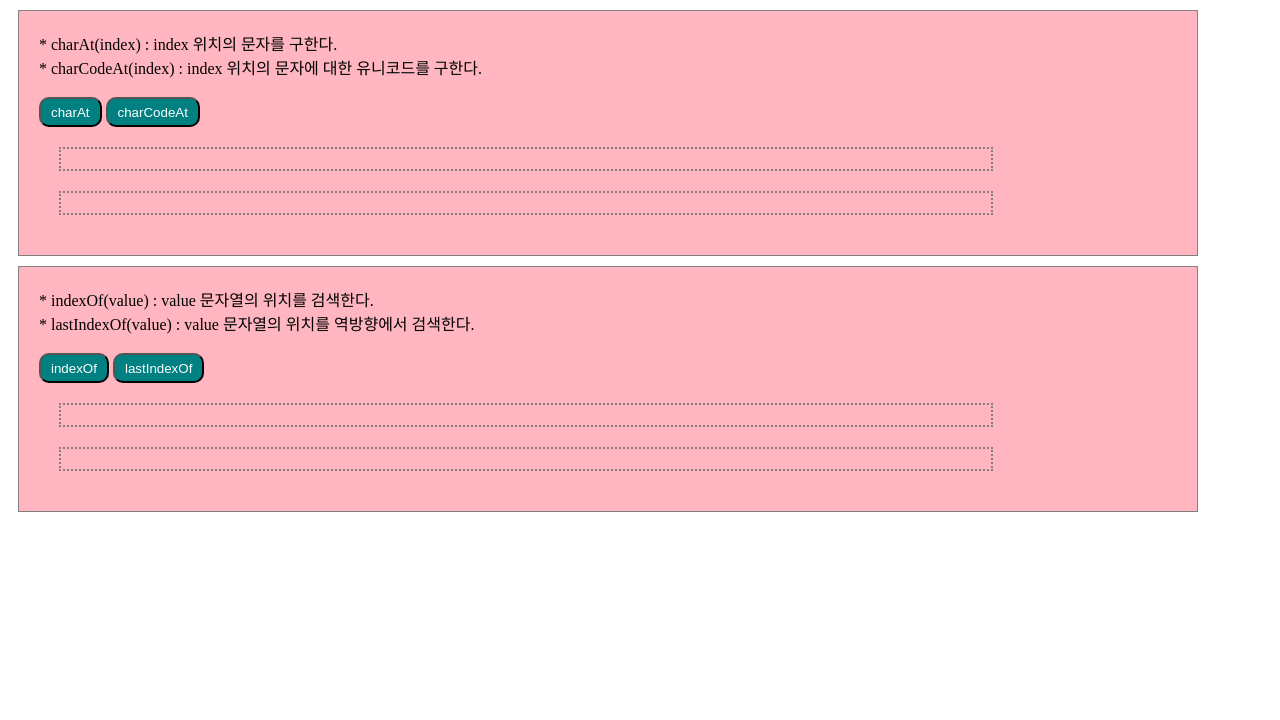
Repository: jeje0130/html
Page: webpro/WebContent/0119/String객체.html
The author's editor kept a copy of each file at every save. The page is drawn from the files as they stood at one save, then again after the next save.
The browser window is 1280 px wide. The pictures show the whole page.

Above is the page before, as saved 2021-01-19 03:29:58.

### webpro/WebContent/0119/String객체.html
<!DOCTYPE html>
<html>
<head>
<meta charset="UTF-8">
<title>Insert title here</title>
<link rel = "stylesheet" href = "../css/public.css">
<script>
str = "I love korea 대한 민국 만세 화이팅";

function proc1() {

	idx = prompt("인덱스를 입력하세요", "0~ " + (str.length-1));
	a = str.charAt(idx);

	result = document.getElementById("result1");
	result.innerHTML = "str.charAt(" + idx + ") = " + a;
}

function proc2() {

	idx = prompt("인덱스를 입력하세요", "0~ " + (str.length-1));
	a = str.charCodeAt(idx);

	result = document.getElementById("result2");
	result.innerHTML = "str.charAt(" + idx + ") = " + a;

}



function proc3() {


	while(true){
		ss = prompt("검색문자를 입력하세요");
		if(ss == "" || ss == null) break;

		idx = str.indexOf(ss);

		//문자열안에 있는지 없는지 비교
		if(idx < 0) continue;

		res = `str.indexOf(${ss}) = ${idx} <br>`;

		result = document.getElementById("result3");
		result.innerHTML += res;
	}
}


function proc4() {

	while(true){
		ss = prompt("검색문자를 입력하세요");
		if(ss == "" || ss == null) break;

		idx = str.lastIndexOf(ss);

		//문자열안에 있는지 없는지 비교
		if(idx < 0) continue;

		res = `str.lastIndexOf(${ss}) = ${idx} <br>`;

		result = document.getElementById("result4");
		result.innerHTML += res;
	}
}

</script>

<style>
</style>

</head>
<body>

<div class="box">
	* charAt(index) : index 위치의 문자를 구한다. <br>
	* charCodeAt(index) : index 위치의 문자에 대한 유니코드를 구한다.
 <br><br>

<input type="button" value="charAt" onclick="proc1()">
<input type="button" value="charCodeAt" onclick="proc2()">

<div id="result1"></div>
<div id="result2"></div>
</div>



<div class="box">
	* indexOf(value) : value 문자열의 위치를 검색한다. <br>
	* lastIndexOf(value) : value 문자열의 위치를 역방향에서 검색한다.
 <br><br>

<input type="button" value="indexOf" onclick="proc3()">
<input type="button" value="lastIndexOf" onclick="proc4()">

<div id="result3"></div>
<div id="result4"></div>
</div>
</body>
</html>

### webpro/WebContent/css/public.css
@charset "utf-8";

pre {
	background-color : #FFE3EE;
	font-size : 1.2em;
	white-space: pre-wrap; /* 우측 여백 고정, 넘치는 글자 줄바꿈 */

	/*
	pre : 공백은 그대로, 줄바꿈 X
	pre-wrap : 공백은 그대로, 줄바꿈 O
	pre-line : 공백을 여러개줘도 하나만 표시, 줄바꿈 O
	nowrap : 공백을 여러개줘도 하나만 표시, 줄바꿈 X
	 */
}

div.box{
	width : 90%;
	height: auto;
	margin: 10px;
	padding: 20px;
	border: 1px solid gray;
	background: #FFB6C1;
}

.box input[type = button]{
	width: auto;
	height: 30px;
	background: #008080;
	color : white;
	padding: 5px 10px;
	border-radius : 10px;
}

.box div{
	width : 80%;
	height: auto;
	padding: 10px;
	border: 2px dotted gray;
	margin: 20px;
}

After the next save:
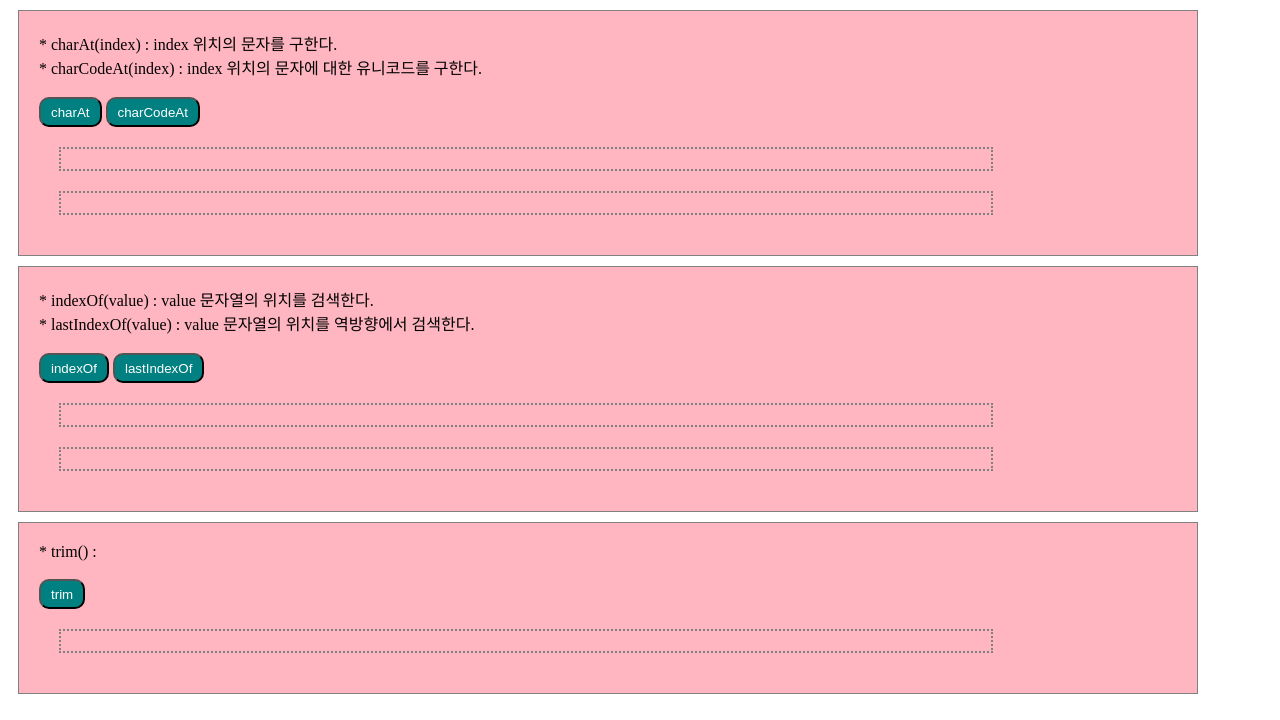
Saved 3 min 46 s later.
--- a/webpro/WebContent/0119/String객체.html
+++ b/webpro/WebContent/0119/String객체.html
@@ -99,5 +99,17 @@ function proc4() {
 <div id="result3"></div>
 <div id="result4"></div>
 </div>
+
+
+<div class="box">
+	* trim() :
+ <br><br>
+
+<input type="button" value="trim" onclick="proc5()">
+
+<div id="result5"></div>
+</div>
+
+
 </body>
 </html>
